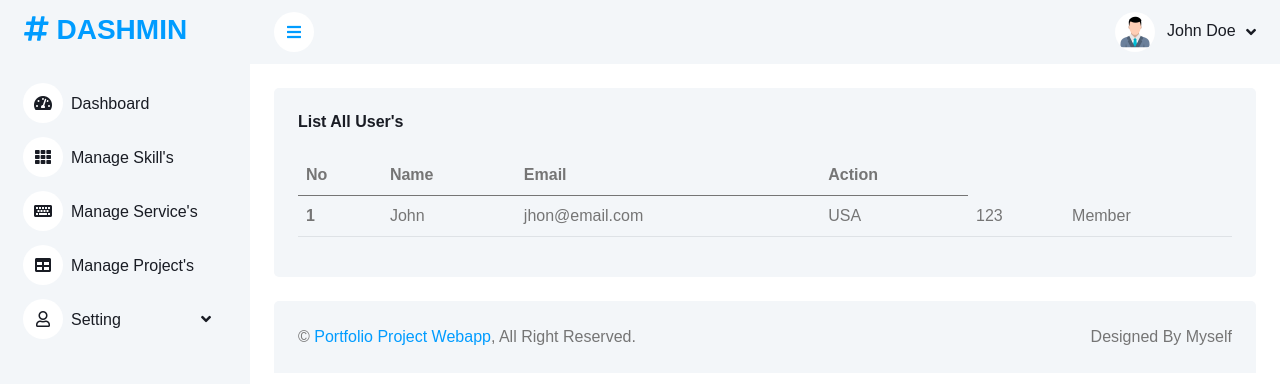
Repository: h4fizm/management-portfolio-project-webapp
Page: http://localhost/manage-user
The author's editor kept a copy of each file at every save. The page is drawn from the files as they stood at one save, then again after the next save.
The browser window is 1280 px wide. The pictures show the whole page.
Some web fonts or font styles are not loaded; a fallback is used. Some web libraries are served in a nearby version. The page is served by the project's Laravel application, run on PHP 8.4 with Laravel 12. A made-up administrator, Test User (test@example.com), is signed in. Other server files are loaded and not shown.

Above is the page before, as saved 2025-01-15 03:20:25.
Console error: TypeError: Cannot read properties of undefined (reading 'getContext')

### routes/web.php
<?php

use Illuminate\Support\Facades\Route;
use App\Http\Controllers\AuthController;
use App\Http\Controllers\DashboardController;
use App\Http\Controllers\ProfileController;

Route::get('/', function () {
    return view('LandingPage');
});

Route::get('/login', [AuthController::class, 'showLoginPage'])->name('login.page');
Route::post('/login', [AuthController::class, 'login'])->name('login');

Route::get('/register', [AuthController::class, 'showRegisterPage'])->name('register.page');
Route::post('/register', [AuthController::class, 'register'])->name('register');

Route::post('/logout', [AuthController::class, 'logout'])->name('logout');

// Lindungi route dashboard dengan middleware auth
Route::get('/dashboard', [DashboardController::class, 'showMainPage'])->middleware('auth')->name('dashboard');
Route::get('/manage-user', [ProfileController::class, 'showManageUserPage'])->middleware('auth')->name('manage-user');
Route::get('/profile', [ProfileController::class, 'showProfilePage'])->middleware('auth')->name('profile');

### app/Models/User.php
<?php

namespace App\Models;

use Illuminate\Database\Eloquent\Factories\HasFactory;
use Illuminate\Database\Eloquent\Model;
use Illuminate\Foundation\Auth\User as Authenticatable;

class User extends Authenticatable
{
    use HasFactory;

    // Tentukan tabel yang digunakan
    protected $table = 'user';

    // Tentukan kolom yang dapat diisi
    protected $fillable = ['name', 'email', 'password', 'upload_resume'];

    // Sembunyikan kolom tertentu saat serialisasi
    protected $hidden = ['password', 'remember_token'];
}

### app/Http/Controllers/ProfileController.php
<?php

namespace App\Http\Controllers;

use Illuminate\Http\Request;

class ProfileController extends Controller
{
    public function showProfilePage()
    {
        return view('menu.profile');
    }
    public function showManageUserPage()
    {
        return view('menu.manage-user');
    }
}

### resources/views/menu/manage-user.blade.php
@extends('MainPage')
@section('title', 'Manage User')
@section('content')
<div class="container-fluid pt-4 px-4">
  <div class="col-12">
    <div class="bg-light rounded h-100 p-4">
        <h6 class="mb-4">List All User's</h6>
        <div class="table-responsive">
            <table class="table">
                <thead>
                    <tr>
                        <th scope="col">No</th>
                        <th scope="col">Name</th>
                        <th scope="col">Email</th>
                        <th scope="col">Action</th>
                    </tr>
                </thead>
                <tbody>
                    <tr>
                        <th scope="row">1</th>
                        <td>John</td>
                        <td>jhon@email.com</td>
                        <td>USA</td>
                        <td>123</td>
                        <td>Member</td>
                    </tr>

                </tbody>
            </table>
        </div>
    </div>
    </div>
</div>
@endsection

### resources/views/MainPage.blade.php
<!DOCTYPE html>
<html lang="en">

<head>
    <meta charset="utf-8">
    <title>@yield('title')</title>
    <meta content="width=device-width, initial-scale=1.0" name="viewport">
    <meta content="" name="keywords">
    <meta content="" name="description">

    <!-- Favicon -->
    <link href="img/favicon.ico" rel="icon">

    <!-- Google Web Fonts -->
    <link rel="preconnect" href="https://fonts.googleapis.com">
    <link rel="preconnect" href="https://fonts.gstatic.com" crossorigin>
    <link href="https://fonts.googleapis.com/css2?family=Heebo:wght@400;500;600;700&display=swap" rel="stylesheet">

    <!-- Icon Font Stylesheet -->
    <link href="https://cdnjs.cloudflare.com/ajax/libs/font-awesome/5.10.0/css/all.min.css" rel="stylesheet">
    <link href="https://cdn.jsdelivr.net/npm/bootstrap-icons@1.4.1/font/bootstrap-icons.css" rel="stylesheet">

    <!-- Libraries Stylesheet -->
    <link href="{{ asset('DashPage/lib/owlcarousel/assets/owl.carousel.min.css')}}" rel="stylesheet">
    <link href="{{ asset('DashPage/lib/tempusdominus/css/tempusdominus-bootstrap-4.min.css')}}" rel="stylesheet" />

    <!-- Customized Bootstrap Stylesheet -->
    <link href="{{ asset('DashPage/css/bootstrap.min.css')}}" rel="stylesheet">

    <!-- Template Stylesheet -->
    <link href="{{ asset('DashPage/css/style.css')}}" rel="stylesheet">
</head>

<body>
    <div class="container-xxl position-relative bg-white d-flex p-0">
        <!-- Spinner Start -->
        <div id="spinner" class="show bg-white position-fixed translate-middle w-100 vh-100 top-50 start-50 d-flex align-items-center justify-content-center">
            <div class="spinner-border text-primary" style="width: 3rem; height: 3rem;" role="status">
                <span class="sr-only">Loading...</span>
            </div>
        </div>
        <!-- Spinner End -->


        <!-- Sidebar Start -->
        @include('partials.sidebar')
        <!-- Sidebar End -->


        <!-- Content Start -->
        <div class="content">
            <!-- Navbar Start -->
            @include('partials.header')
            <!-- Navbar End -->


            <!-- Main Content -->
             @yield('content')
            <!-- End Main Content -->

            <!-- Footer Start -->
             @include('partials.footer')
            <!-- Footer End -->
        </div>
        <!-- Content End -->


        <!-- Back to Top -->
        {{-- <a href="#" class="btn btn-lg btn-primary btn-lg-square back-to-top"><i class="bi bi-arrow-up"></i></a> --}}
    </div>

    <!-- JavaScript Libraries -->
    <script src="https://code.jquery.com/jquery-3.4.1.min.js"></script>
    <script src="https://cdn.jsdelivr.net/npm/bootstrap@5.0.0/dist/js/bootstrap.bundle.min.js"></script>
    <script src="{{ asset('DashPage/lib/chart/chart.min.js')}}"></script>
    <script src="{{ asset('DashPage/lib/easing/easing.min.js')}}"></script>
    <script src="{{ asset('DashPage/lib/waypoints/waypoints.min.js')}}"></script>
    <script src="{{ asset('DashPage/lib/owlcarousel/owl.carousel.min.js')}}"></script>
    <script src="{{ asset('DashPage/lib/tempusdominus/js/moment.min.js')}}"></script>
    <script src="{{ asset('DashPage/lib/tempusdominus/js/moment-timezone.min.js')}}"></script>
    <script src="{{ asset('DashPage/lib/tempusdominus/js/tempusdominus-bootstrap-4.min.js')}}"></script>

    <!-- Template Javascript -->
    <script src="{{ asset('DashPage/js/main.js')}}"></script>
</body>

</html>

### resources/views/partials/sidebar.blade.php
<div class="sidebar pe-4 pb-3">
    <nav class="navbar bg-light navbar-light">
        <a href="{{ route('dashboard') }}" class="navbar-brand mx-4 mb-3">
            <h3 class="text-primary"><i class="fa fa-hashtag me-2"></i>DASHMIN</h3>
        </a>
        <div class="navbar-nav w-100">
            <a href="{{ route('dashboard') }}" class="nav-item nav-link @if(Route::currentRouteName() == 'dashboard') active @endif">
                <i class="fa fa-tachometer-alt me-2"></i>Dashboard
            </a>
            <a href="#" class="nav-item nav-link">
                <i class="fa fa-th me-2"></i>Manage Skill's
            </a>
            <a href="#" class="nav-item nav-link">
                <i class="fa fa-keyboard me-2"></i>Manage Service's
            </a>
            <a href="#" class="nav-item nav-link">
                <i class="fa fa-table me-2"></i>Manage Project's
            </a>
            <div class="nav-item dropdown">
                <a href="#" class="nav-link dropdown-toggle" data-bs-toggle="dropdown">
                    <i class="far fa-user me-2"></i>Setting
                </a>
                <div class="dropdown-menu bg-transparent border-0">
                    <a href="{{ route('manage-user') }}" class="dropdown-item">Manage User</a>
                    <a href="{{ route('profile') }}" class="dropdown-item @if(Route::currentRouteName() == 'profile') active @endif">My Profile</a>
                </div>
            </div>
        </div>
    </nav>
</div>

### resources/views/partials/header.blade.php
<nav class="navbar navbar-expand bg-light navbar-light sticky-top px-4 py-0">
    <a href="index.html" class="navbar-brand d-flex d-lg-none me-4">
        <h2 class="text-primary mb-0"><i class="fa fa-hashtag"></i></h2>
    </a>
    <a href="#" class="sidebar-toggler flex-shrink-0">
        <i class="fa fa-bars"></i>
    </a>
    <div class="navbar-nav align-items-center ms-auto">
        <div class="nav-item dropdown">
            <a href="#" class="nav-link dropdown-toggle" data-bs-toggle="dropdown">
                <img class="rounded-circle me-lg-2" src="{{ asset('DashPage/img/user.jpg') }}" alt="" style="width: 40px; height: 40px;">
                <span class="d-none d-lg-inline-flex">John Doe</span>
            </a>
            <div class="dropdown-menu dropdown-menu-end bg-light border-0 rounded-0 rounded-bottom m-0">
                <a href="#" class="dropdown-item">My Profile</a>
                <a href="#" class="dropdown-item" onclick="event.preventDefault(); document.getElementById('logout-form').submit();">
                    Log Out
                </a>
                <form id="logout-form" action="{{ route('logout') }}" method="POST" style="display: none;">
                    @csrf
                </form>
            </div>
        </div>
    </div>
</nav>

### resources/views/partials/footer.blade.php
<div class="container-fluid pt-4 px-4">
    <div class="bg-light rounded-top p-4">
        <div class="row">
            <div class="col-12 col-sm-6 text-center text-sm-start">
                &copy; <a href="">Portfolio Project Webapp</a>, All Right Reserved.
            </div>
            <div class="col-12 col-sm-6 text-center text-sm-end">
                <!--/*** This template is free as long as you keep the footer author’s credit link/attribution link/backlink. If you'd like to use the template without the footer author’s credit link/attribution link/backlink, you can purchase the Credit Removal License from "https://htmlcodex.com/credit-removal". Thank you for your support. ***/-->
                Designed By Myself</a>
            </div>
        </div>
    </div>
</div>

### public/DashPage/css/style.css
/********** Template CSS **********/
:root {
    --primary: #009CFF;
    --light: #F3F6F9;
    --dark: #191C24;
}

.back-to-top {
    position: fixed;
    display: none;
    right: 45px;
    bottom: 45px;
    z-index: 99;
}


/*** Spinner ***/
#spinner {
    opacity: 0;
    visibility: hidden;
    transition: opacity .5s ease-out, visibility 0s linear .5s;
    z-index: 99999;
}

#spinner.show {
    transition: opacity .5s ease-out, visibility 0s linear 0s;
    visibility: visible;
    opacity: 1;
}


/*** Button ***/
.btn {
    transition: .5s;
}

.btn.btn-primary {
    color: #FFFFFF;
}

.btn-square {
    width: 38px;
    height: 38px;
}

.btn-sm-square {
    width: 32px;
    height: 32px;
}

.btn-lg-square {
    width: 48px;
    height: 48px;
}

.btn-square,
.btn-sm-square,
.btn-lg-square {
    padding: 0;
    display: inline-flex;
    align-items: center;
    justify-content: center;
    font-weight: normal;
    border-radius: 50px;
}


/*** Layout ***/
.sidebar {
    position: fixed;
    top: 0;
    left: 0;
    bottom: 0;
    width: 250px;
    height: 100vh;
    overflow-y: auto;
    background: var(--light);
    transition: 0.5s;
    z-index: 999;
}

.content {
    margin-left: 250px;
    min-height: 100vh;
    background: #FFFFFF;
    transition: 0.5s;
}

@media (min-width: 992px) {
    .sidebar {
        margin-left: 0;
    }

    .sidebar.open {
        margin-left: -250px;
    }

    .content {
        width: calc(100% - 250px);
    }

    .content.open {
        width: 100%;
        margin-left: 0;
    }
}

@media (max-width: 991.98px) {
    .sidebar {
        margin-left: -250px;
    }

    .sidebar.open {
        margin-left: 0;
    }

    .content {
        width: 100%;
        margin-left: 0;
    }
}


/*** Navbar ***/
.sidebar .navbar .navbar-nav .nav-link {
    padding: 7px 20px;
    color: var(--dark);
    font-weight: 500;
    border-left: 3px solid var(--light);
    border-radius: 0 30px 30px 0;
    outline: none;
}

.sidebar .navbar .navbar-nav .nav-link:hover,
.sidebar .navbar .navbar-nav .nav-link.active {
    color: var(--primary);
    background: #FFFFFF;
    border-color: var(--primary);
}

.sidebar .navbar .navbar-nav .nav-link i {
    width: 40px;
    height: 40px;
    display: inline-flex;
    align-items: center;
    justify-content: center;
    background: #FFFFFF;
    border-radius: 40px;
}

.sidebar .navbar .navbar-nav .nav-link:hover i,
.sidebar .navbar .navbar-nav .nav-link.active i {
    background: var(--light);
}

.sidebar .navbar .dropdown-toggle::after {
    position: absolute;
    top: 15px;
    right: 15px;
    border: none;
    content: "\f107";
    font-family: "Font Awesome 5 Free";
    font-weight: 900;
    transition: .5s;
}

.sidebar .navbar .dropdown-toggle[aria-expanded=true]::after {
    transform: rotate(-180deg);
}

.sidebar .navbar .dropdown-item {
    padding-left: 25px;
    border-radius: 0 30px 30px 0;
}

.content .navbar .navbar-nav .nav-link {
    margin-left: 25px;
    padding: 12px 0;
    color: var(--dark);
    outline: none;
}

.content .navbar .navbar-nav .nav-link:hover,
.content .navbar .navbar-nav .nav-link.active {
    color: var(--primary);
}

.content .navbar .sidebar-toggler,
.content .navbar .navbar-nav .nav-link i {
    width: 40px;
    height: 40px;
    display: inline-flex;
    align-items: center;
    justify-content: center;
    background: #FFFFFF;
    border-radius: 40px;
}

.content .navbar .dropdown-toggle::after {
    margin-left: 6px;
    vertical-align: middle;
    border: none;
    content: "\f107";
    font-family: "Font Awesome 5 Free";
    font-weight: 900;
    transition: .5s;
}

.content .navbar .dropdown-toggle[aria-expanded=true]::after {
    transform: rotate(-180deg);
}

@media (max-width: 575.98px) {
    .content .navbar .navbar-nav .nav-link {
        margin-left: 15px;
    }
}


/*** Date Picker ***/
.bootstrap-datetimepicker-widget.bottom {
    top: auto !important;
}

.bootstrap-datetimepicker-widget .table * {
    border-bottom-width: 0px;
}

.bootstrap-datetimepicker-widget .table th {
    font-weight: 500;
}

.bootstrap-datetimepicker-widget.dropdown-menu {
    padding: 10px;
    border-radius: 2px;
}

.bootstrap-datetimepicker-widget table td.active,
.bootstrap-datetimepicker-widget table td.active:hover {
    background: var(--primary);
}

.bootstrap-datetimepicker-widget table td.today::before {
    border-bottom-color: var(--primary);
}


/*** Testimonial ***/
.progress .progress-bar {
    width: 0px;
    transition: 2s;
}


/*** Testimonial ***/
.testimonial-carousel .owl-dots {
    margin-top: 24px;
    display: flex;
    align-items: flex-end;
    justify-content: center;
}

.testimonial-carousel .owl-dot {
    position: relative;
    display: inline-block;
    margin: 0 5px;
    width: 15px;
    height: 15px;
    border: 5px solid var(--primary);
    border-radius: 15px;
    transition: .5s;
}

.testimonial-carousel .owl-dot.active {
    background: var(--dark);
    border-color: var(--primary);
}

### public/DashPage/js/main.js
(function ($) {
    "use strict";

    // Spinner
    var spinner = function () {
        setTimeout(function () {
            if ($('#spinner').length > 0) {
                $('#spinner').removeClass('show');
            }
        }, 1);
    };
    spinner();


    // Back to top button
    $(window).scroll(function () {
        if ($(this).scrollTop() > 300) {
            $('.back-to-top').fadeIn('slow');
        } else {
            $('.back-to-top').fadeOut('slow');
        }
    });
    $('.back-to-top').click(function () {
        $('html, body').animate({scrollTop: 0}, 1500, 'easeInOutExpo');
        return false;
    });


    // Sidebar Toggler
    $('.sidebar-toggler').click(function () {
        $('.sidebar, .content').toggleClass("open");
        return false;
    });


    // Progress Bar
    $('.pg-bar').waypoint(function () {
        $('.progress .progress-bar').each(function () {
            $(this).css("width", $(this).attr("aria-valuenow") + '%');
        });
    }, {offset: '80%'});


    // Calender
    $('#calender').datetimepicker({
        inline: true,
        format: 'L'
    });


    // Testimonials carousel
    $(".testimonial-carousel").owlCarousel({
        autoplay: true,
        smartSpeed: 1000,
        items: 1,
        dots: true,
        loop: true,
        nav : false
    });


    // Worldwide Sales Chart
    var ctx1 = $("#worldwide-sales").get(0).getContext("2d");
    var myChart1 = new Chart(ctx1, {
        type: "bar",
        data: {
            labels: ["2016", "2017", "2018", "2019", "2020", "2021", "2022"],
            datasets: [{
                    label: "USA",
                    data: [15, 30, 55, 65, 60, 80, 95],
                    backgroundColor: "rgba(0, 156, 255, .7)"
                },
                {
                    label: "UK",
                    data: [8, 35, 40, 60, 70, 55, 75],
                    backgroundColor: "rgba(0, 156, 255, .5)"
                },
                {
                    label: "AU",
                    data: [12, 25, 45, 55, 65, 70, 60],
                    backgroundColor: "rgba(0, 156, 255, .3)"
                }
            ]
            },
        options: {
            responsive: true
        }
    });


    // Salse & Revenue Chart
    var ctx2 = $("#salse-revenue").get(0).getContext("2d");
    var myChart2 = new Chart(ctx2, {
        type: "line",
        data: {
            labels: ["2016", "2017", "2018", "2019", "2020", "2021", "2022"],
            datasets: [{
                    label: "Salse",
                    data: [15, 30, 55, 45, 70, 65, 85],
                    backgroundColor: "rgba(0, 156, 255, .5)",
                    fill: true
                },
                {
                    label: "Revenue",
                    data: [99, 135, 170, 130, 190, 180, 270],
                    backgroundColor: "rgba(0, 156, 255, .3)",
                    fill: true
                }
            ]
            },
        options: {
            responsive: true
        }
    });



    // Single Line Chart
    var ctx3 = $("#line-chart").get(0).getContext("2d");
    var myChart3 = new Chart(ctx3, {
        type: "line",
        data: {
            labels: [50, 60, 70, 80, 90, 100, 110, 120, 130, 140, 150],
            datasets: [{
                label: "Salse",
                fill: false,
                backgroundColor: "rgba(0, 156, 255, .3)",
                data: [7, 8, 8, 9, 9, 9, 10, 11, 14, 14, 15]
            }]
        },
        options: {
            responsive: true
        }
    });


    // Single Bar Chart
    var ctx4 = $("#bar-chart").get(0).getContext("2d");
    var myChart4 = new Chart(ctx4, {
        type: "bar",
        data: {
            labels: ["Italy", "France", "Spain", "USA", "Argentina"],
            datasets: [{
                backgroundColor: [
                    "rgba(0, 156, 255, .7)",
                    "rgba(0, 156, 255, .6)",
                    "rgba(0, 156, 255, .5)",
                    "rgba(0, 156, 255, .4)",
                    "rgba(0, 156, 255, .3)"
                ],
                data: [55, 49, 44, 24, 15]
            }]
        },
        options: {
            responsive: true
        }
    });


    // Pie Chart
    var ctx5 = $("#pie-chart").get(0).getContext("2d");
    var myChart5 = new Chart(ctx5, {
        type: "pie",
        data: {
            labels: ["Italy", "France", "Spain", "USA", "Argentina"],
            datasets: [{
                backgroundColor: [
                    "rgba(0, 156, 255, .7)",
                    "rgba(0, 156, 255, .6)",
                    "rgba(0, 156, 255, .5)",
                    "rgba(0, 156, 255, .4)",
                    "rgba(0, 156, 255, .3)"
                ],
                data: [55, 49, 44, 24, 15]
            }]
        },
        options: {
            responsive: true
        }
    });


    // Doughnut Chart
    var ctx6 = $("#doughnut-chart").get(0).getContext("2d");
    var myChart6 = new Chart(ctx6, {
        type: "doughnut",
        data: {
            labels: ["Italy", "France", "Spain", "USA", "Argentina"],
            datasets: [{
                backgroundColor: [
                    "rgba(0, 156, 255, .7)",
                    "rgba(0, 156, 255, .6)",
                    "rgba(0, 156, 255, .5)",
                    "rgba(0, 156, 255, .4)",
                    "rgba(0, 156, 255, .3)"
                ],
                data: [55, 49, 44, 24, 15]
            }]
        },
        options: {
            responsive: true
        }
    });


})(jQuery);

Loaded but not shown: app/Http/Controllers/Controller.php (common file); public/DashPage/lib/owlcarousel/assets/owl.carousel.min.css (common file); public/DashPage/lib/tempusdominus/css/tempusdominus-bootstrap-4.min.css (library); public/DashPage/css/bootstrap.min.css (library); public/DashPage/lib/chart/chart.min.js (library); public/DashPage/lib/easing/easing.min.js (common file); public/DashPage/lib/waypoints/waypoints.min.js (library); public/DashPage/lib/owlcarousel/owl.carousel.min.js (library); public/DashPage/lib/tempusdominus/js/moment.min.js (library); public/DashPage/lib/tempusdominus/js/moment-timezone.min.js (library); public/DashPage/lib/tempusdominus/js/tempusdominus-bootstrap-4.min.js (library)

After the next save:
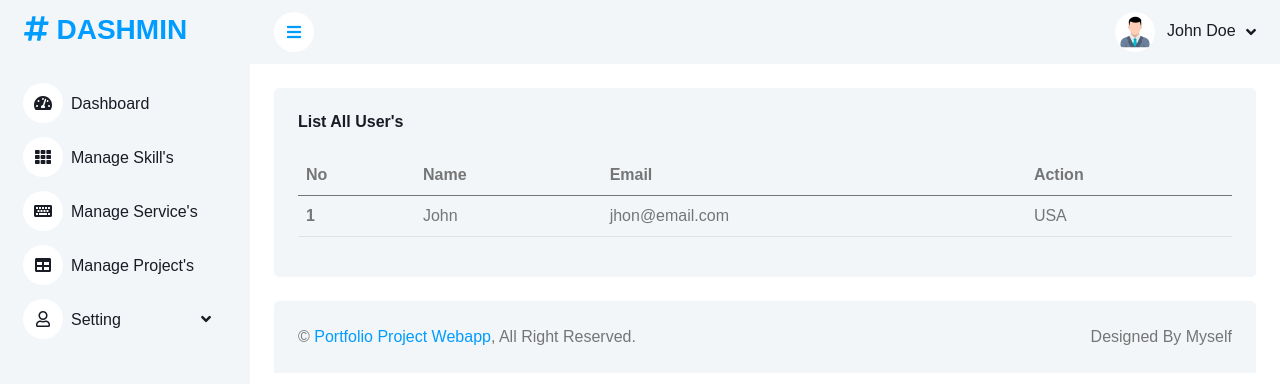
Saved 9 s later.
--- a/resources/views/menu/manage-user.blade.php
+++ b/resources/views/menu/manage-user.blade.php
@@ -21,8 +21,6 @@
                         <td>John</td>
                         <td>jhon@email.com</td>
                         <td>USA</td>
-                        <td>123</td>
-                        <td>Member</td>
                     </tr>
 
                 </tbody>
